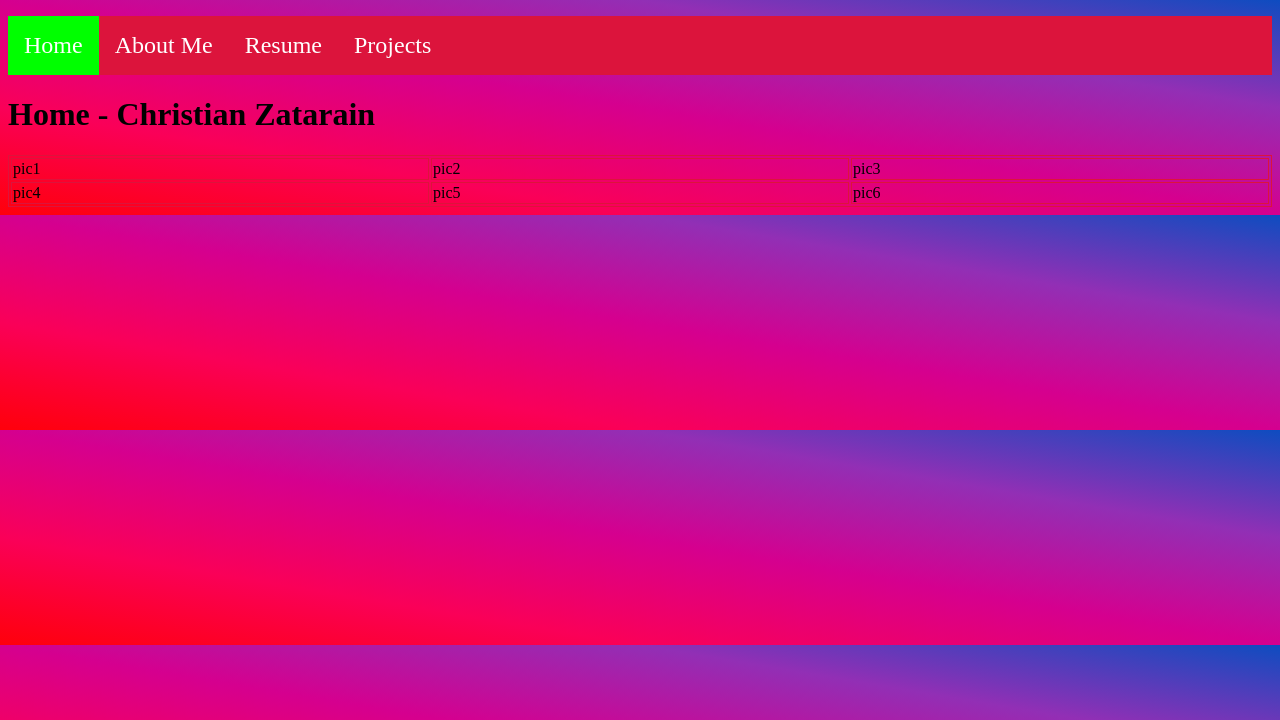
Repository: Zatarain10/Zatarain10.github.io
Page: index.html
The author's editor kept a record of every edit. The page is drawn from the files as they stood at one moment, then again after the next edit.
The browser window is 1280 px wide. The pictures show the whole page.

Above is the page before.

### index.html
<!DOCTYPE html>
<html>
    <head>
    <title>Home</title>
    <link rel="stylesheet" type="text/css" href="style.css">

    </head>
    <body>
        <ul class="navbar">
            <li class="active"><a href="/index.html">Home</a></li>
            <li><a href="aboutme.html">About Me</a></li>
            <li><a href="resume.html">Resume</a></li>
            <li class="dropdown">
                <div>Projects</div>
                <ul class="dropdown-content">
                    <li><a href="project1.html">Project 1</a></li>
                    <li><a href="project2.html">Project 2</a></li>
                    <li><a href="project3.html">Project 3</a></li>
                </ul>
            </li>
        </ul>

        <h1>Home - Christian Zatarain</h1>

        <table border="1"; bordercolor="crimson"; width="100%"; height="40%">
            <tr>
                <td>pic1</th>
                <td>pic2</th>
                <td>pic3</td>
            </tr>
            <tr>
                <td>pic4</td>
                <td>pic5</td>
                <td>pic6</td>
            </tr>
        </table>

    </body>
</html>

### style.css
        .navbar{
            list-style:none;
            background-color: Crimson;
            overflow:hidden;
            padding:0;
        }

        .navbar a, .dropdown div{
            text-decoration:none;
            color: white;
            font-size: 24px;
            padding: 16px;
            display:inline-block;
        }

        .navbar li{
            float:left;
        }

        .navbar li:hover{
            background-color:Cyan;
        }

        .dropdown-content{
            list-style:none;
            padding: 0;
            display:none;
            position:absolute;
            z-index:1;
            background-color: Crimson
        }

        .dropdown-content li{
            float:none;
        }

        .dropdown:hover .dropdown-content{
            display:block;
        }

        .active{
            background-color:Lime;
        }

        body{
            background: linear-gradient(to right top, #ff000b, #fa0058, #d5008f, #922fb5, #0e4cc0);
        }

After the next edit:
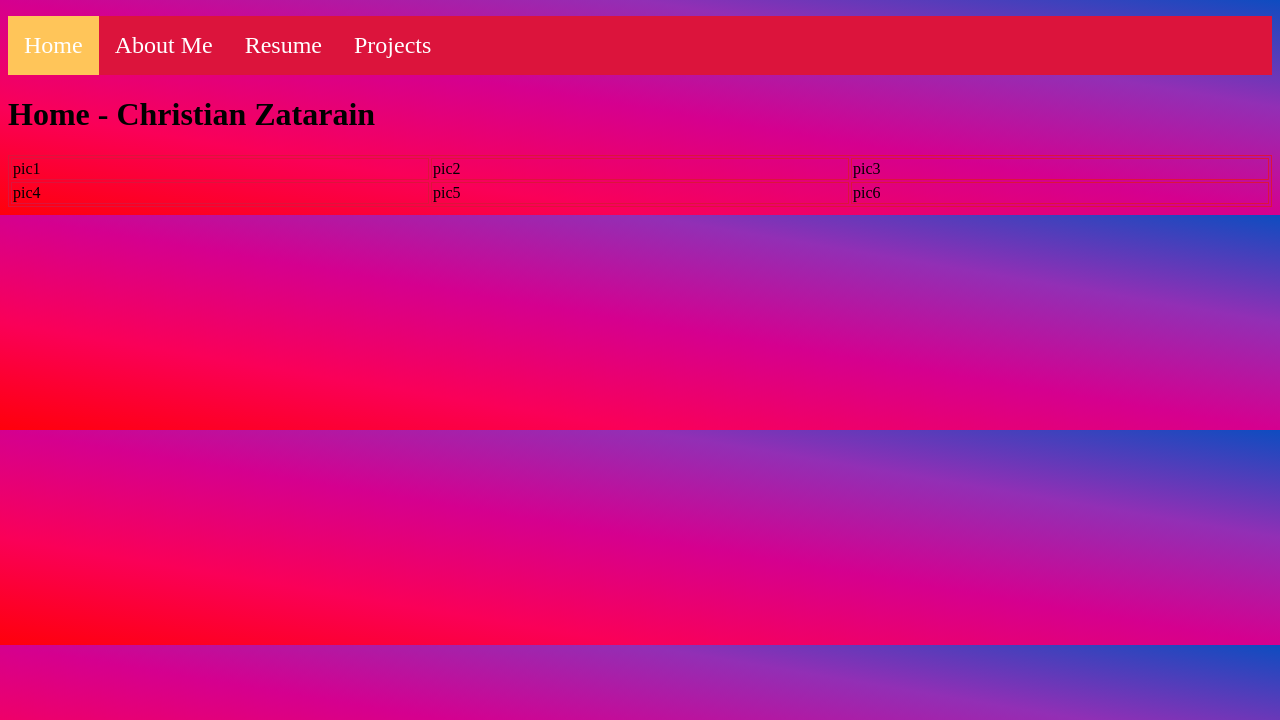
The edit:
--- a/style.css
+++ b/style.css
@@ -39,7 +39,7 @@
         }
 
         .active{
-            background-color:Lime;
+            background-color: #ffc559;
         }
 
         body{
